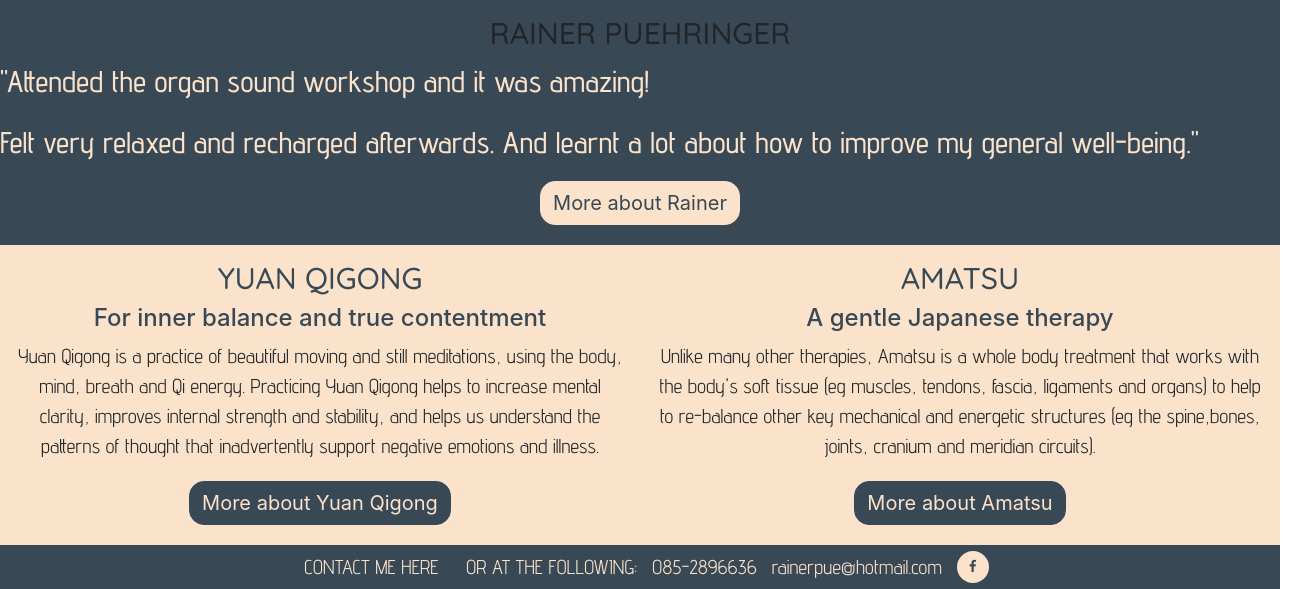
Repository: rainerpue/practitioner_website
Page: about.html
The author's editor kept a record of every edit. The page is drawn from the files as they stood at one moment, then again after the next edit.
The browser window is 1280 px wide. The page is 1295 px wide, so the pictures cover 1295 px, including what lies to the right of the window. The pictures show the part of the page from y = 216 to 805 px (the page is 805 px tall).
Some web libraries are served in a nearby version.

Above is the page before.

After the next edit:
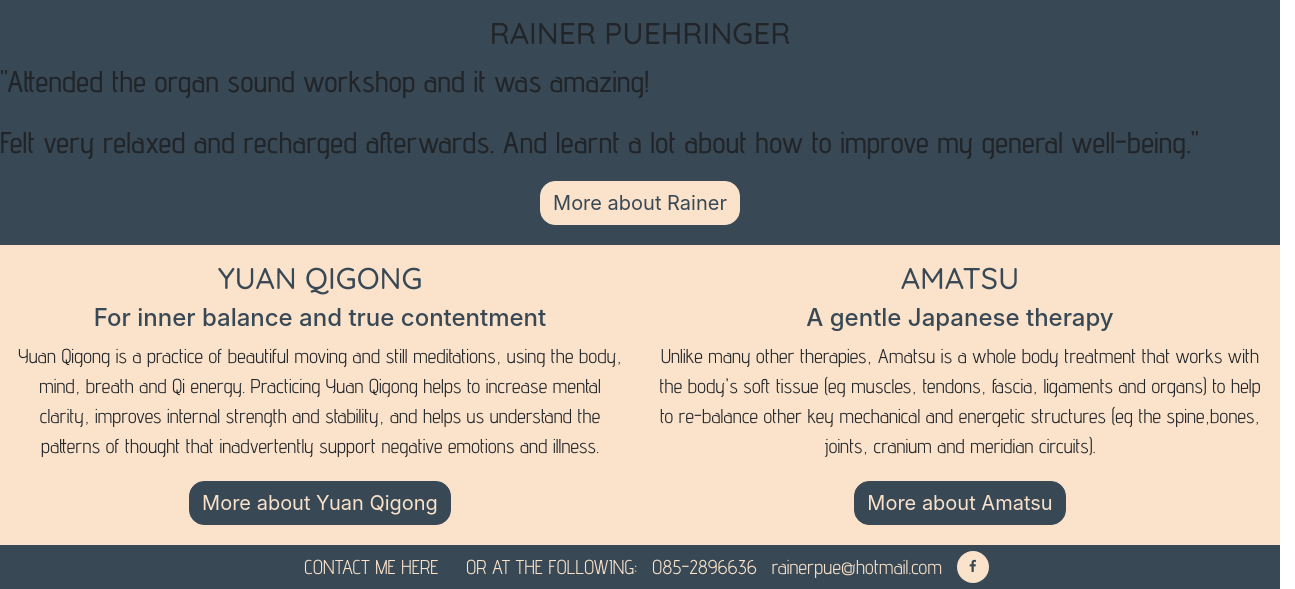
The edit:
--- a/assets/css/style.css
+++ b/assets/css/style.css
@@ -17,7 +17,7 @@
 }
 
 .color-slide {
-    color: #FAE2CB;
+
 }
 
 .color-intro {
